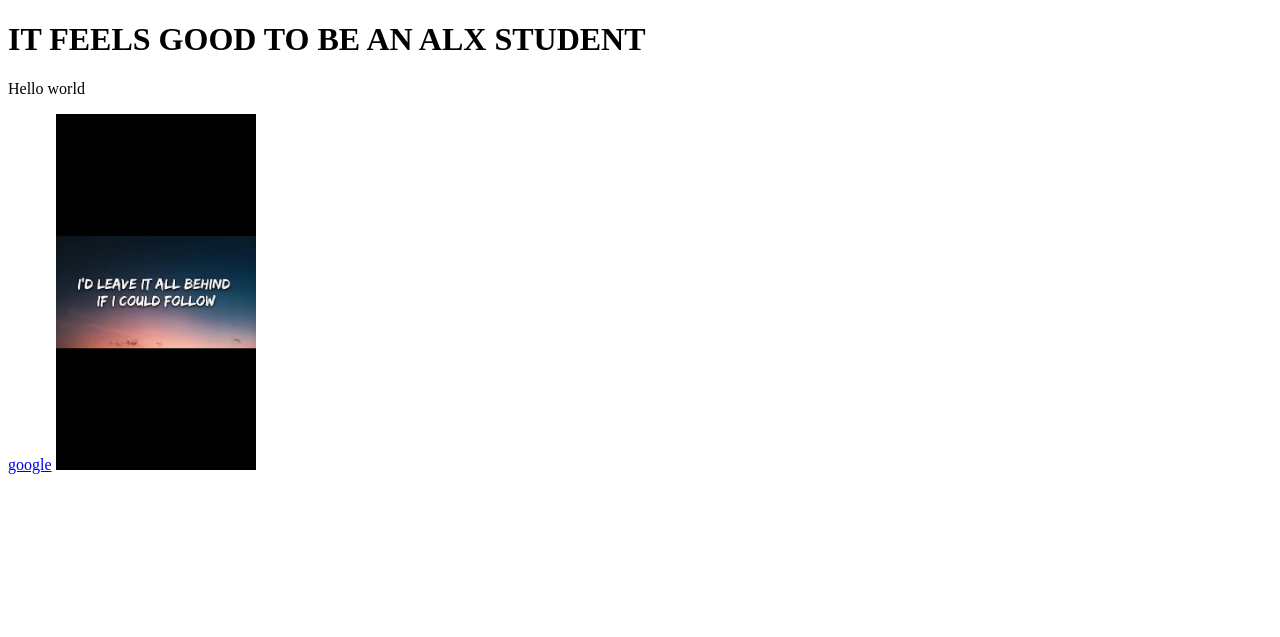
Repository: dannysimw/alx_tools_intro
Page: html/index.html
These files come from the project's save history. The page is drawn as it stood at one moment and after the next save; the edit follows.
The browser window is 1280 px wide. The pictures show the whole page.

Above is the page before, as saved 2023-07-01 21:45:22.

After the next save:
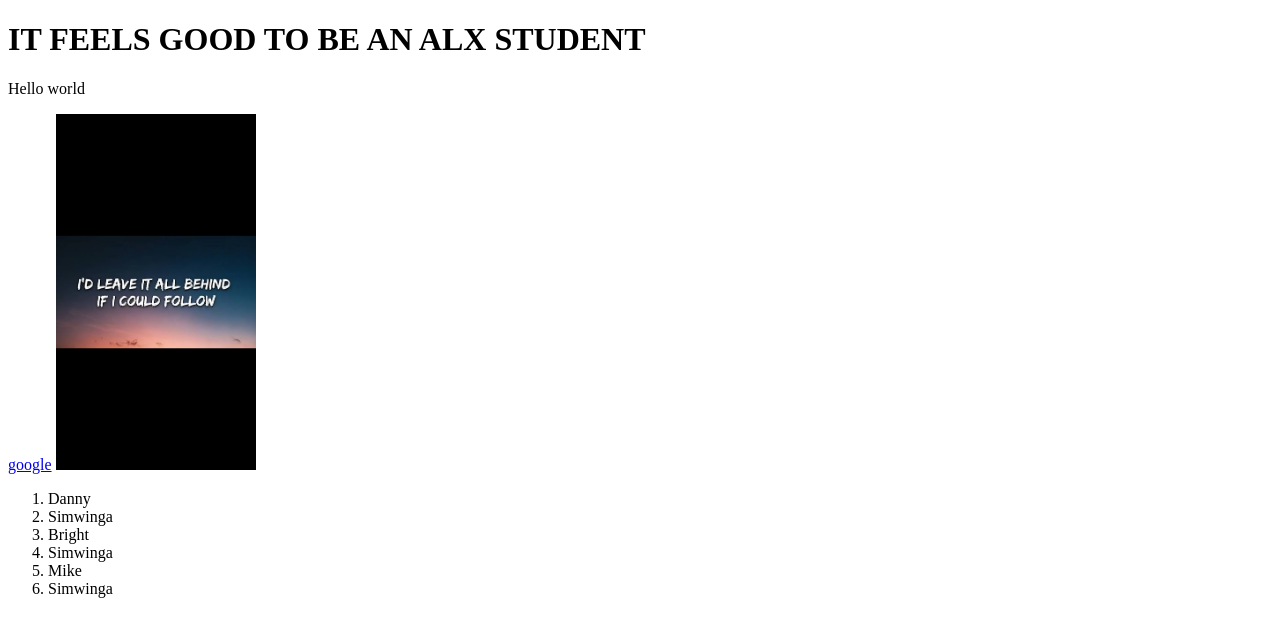
Saved 3 min 39 s later.
--- a/html/index.html
+++ b/html/index.html
@@ -10,5 +10,13 @@
     <p>Hello world</p>
     <a href="https://google.com">google</a>
     <img src="/html/image.jpg" alt="image" width="200px">
+    <ol>
+        <li>Danny</li>
+        <li>Simwinga</li>
+        <li>Bright</li>
+        <li>Simwinga</li>
+        <li>Mike</li>
+        <li>Simwinga</li>
+    </ol>
 </body>
 </html>
